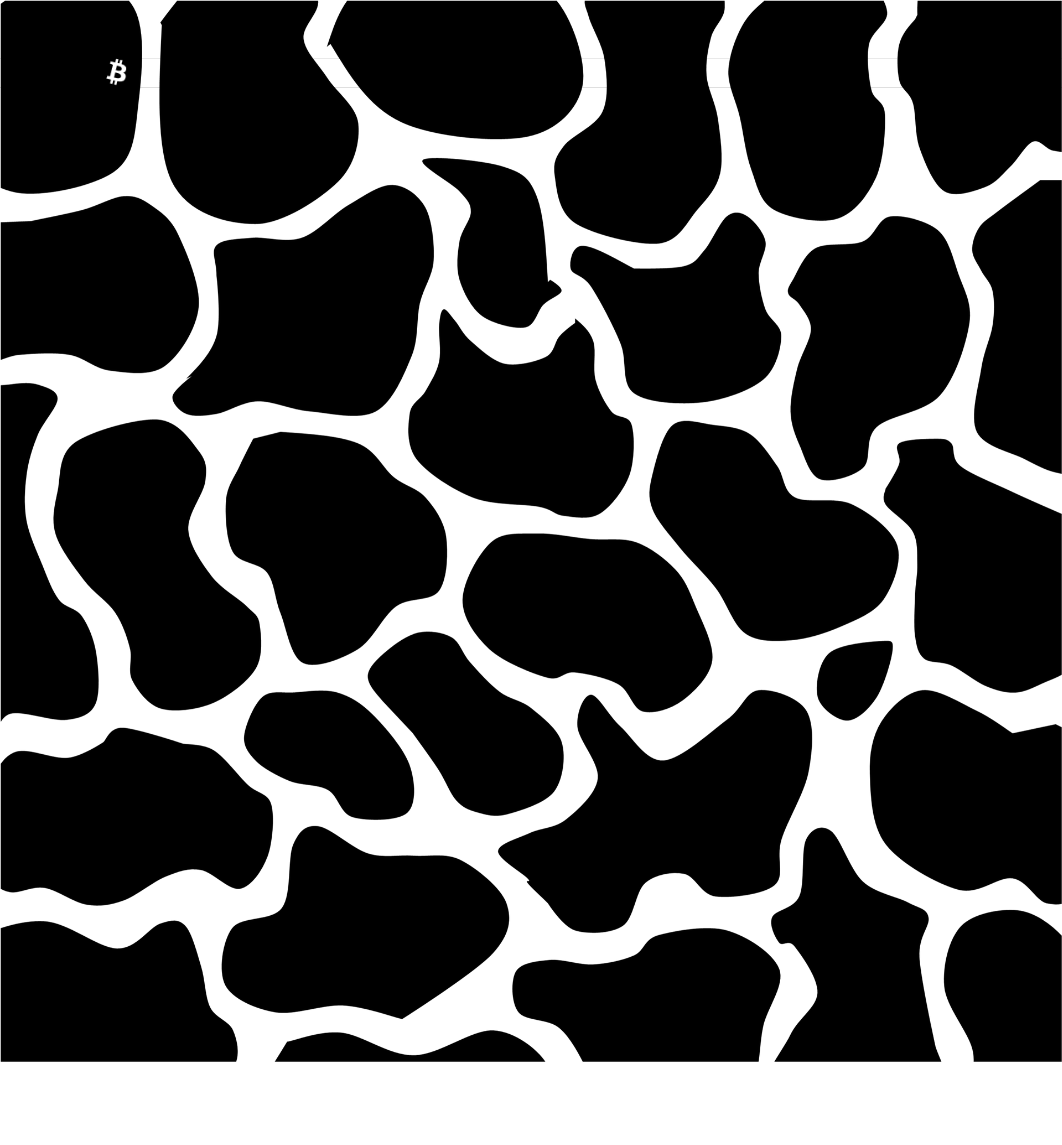
Repository: oninopantsu/crytoapp
Page: /
The author's editor kept a copy of each file at every save. The page is drawn from the files as they stood at one save, then again after the next save.
The browser window is 1280 px wide. The pictures show the whole page, at 83% of full size.
Some web fonts or font styles are not loaded; a fallback is used. The project was rebuilt for these pictures with package versions that can differ from the ones it lists, and the page was loaded fresh each time. Also part of the build but not shown: vue.config.js.

Above is the page before, as saved 2021-09-05 02:39:28.

### src/App.vue
<template>
  <div id="app">
    <Header />
    <Top />
    <router-view/>
  </div>
</template>

<script>
import Header from "./components/Header.vue"
import Top from "./components/Top.vue"
export default {
  components: {
    Header,
    Top

  }
}
</script>

<style>
@import url('https://fonts.googleapis.com/css2?family=ZCOOL+KuaiLe&display=swap');

html, body, div, span, object, iframe,
h1, h2, h3, h4, h5, h6, p, blockquote, pre,
abbr, address, cite, code,
del, dfn, em, img, ins, kbd, q, samp,
small, strong, sub, sup, var,
b, i,
dl, dt, dd, ol, ul, li,
fieldset, form, label, legend,
table, caption, tbody, tfoot, thead, tr, th, td,
article, aside, canvas, details, figcaption, figure,
footer, header, hgroup, menu, nav, section, summary,
time, mark, audio, video {
    margin:0;
    padding:0;
    border:0;
    outline:0;
    font-size:100%;
    vertical-align:baseline;
    background:transparent;
}

body {
    line-height:1;
}

article,aside,details,figcaption,figure,
footer,header,hgroup,menu,nav,section {
    display:block;
}

nav ul {
    list-style:none;
}

blockquote, q {
    quotes:none;
}

blockquote:before, blockquote:after,
q:before, q:after {
    content:'';
    content:none;
}

a {
    margin:0;
    padding:0;
    font-size:100%;
    vertical-align:baseline;
    background:transparent;
}

/* change colours to suit your needs */
ins {
    background-color:#ff9;
    color:#000;
    text-decoration:none;
}

/* change colours to suit your needs */
mark {
    background-color:#ff9;
    color:#000;
    font-style:italic;
    font-weight:bold;
}

del {
    text-decoration: line-through;
}

abbr[title], dfn[title] {
    border-bottom:1px dotted;
    cursor:help;
}

table {
    border-collapse:collapse;
    border-spacing:0;
}

/* change border colour to suit your needs */
hr {
    display:block;
    height:1px;
    border:0;
    border-top:1px solid #cccccc;
    margin:1em 0;
    padding:0;
}

input, select {
    vertical-align:middle;
}
#app {
  color: #fff;
  font-family: Georgia, 'Times New Roman', Times, serif;
  background-color: black;

}
</style>

### src/components/Header.vue
<template>
  <header>
    <div class="title">
      <img src="../assets/back.png" alt="">
      <h1 class="header-logo">Cry to App</h1>
    </div>
  </header>
</template>

<style scoped>


header {
  height: 70px;
  line-height: 70px;
  background-color:#fff;
}
.header-logo {
  z-index: 2;
  font-size: 20px;
  font-weight: bold;
  color: #fff;
}
img {
  width: 100%;
  z-index: 1;

}
</style>

### src/components/Top.vue
<template>
  <div class="top">
    <h1></h1>
  </div>
</template>

<style>
.top {
  background-image: url"(/Users/onomanana/crytoapp/src/assets/back.png)";
}
</style>

### src/views/Home.vue
<template>
  <div class="home">
    <Products />
  </div>
</template>

<script>
import Products from '../components/Products.vue';

export default {
  data(){
    return {
      lists: [
        {
          name: "BTC"
        }
      ]
    };
  },
  components: {
    Products
  }
};
</script>

<style scoped>
.home {
  background-color: #fff;

}
img {
  position: relative;
  width: 100%;
  z-index: 1;
}

</style>

### src/components/Products.vue
<template>
  <div class="content-wrapper">
    <img class="contents-img" src="../assets/Vector.png" alt="">
    <div class="products-content">
      <h1 class="products-title"> {{ name }} </h1>
    </div>

  </div>
</template>
<script>
export default {
    props:["name" ],
};
</script>

<style scoped>
.content-wrapper {
  width: 80%;
  margin: 0 auto;

}
.products-title {
  color: #fff;
}
</style>

Loaded but not shown: public/index.html (common file); src/main.js (common file); src/router/index.js (common file)

After the next save:
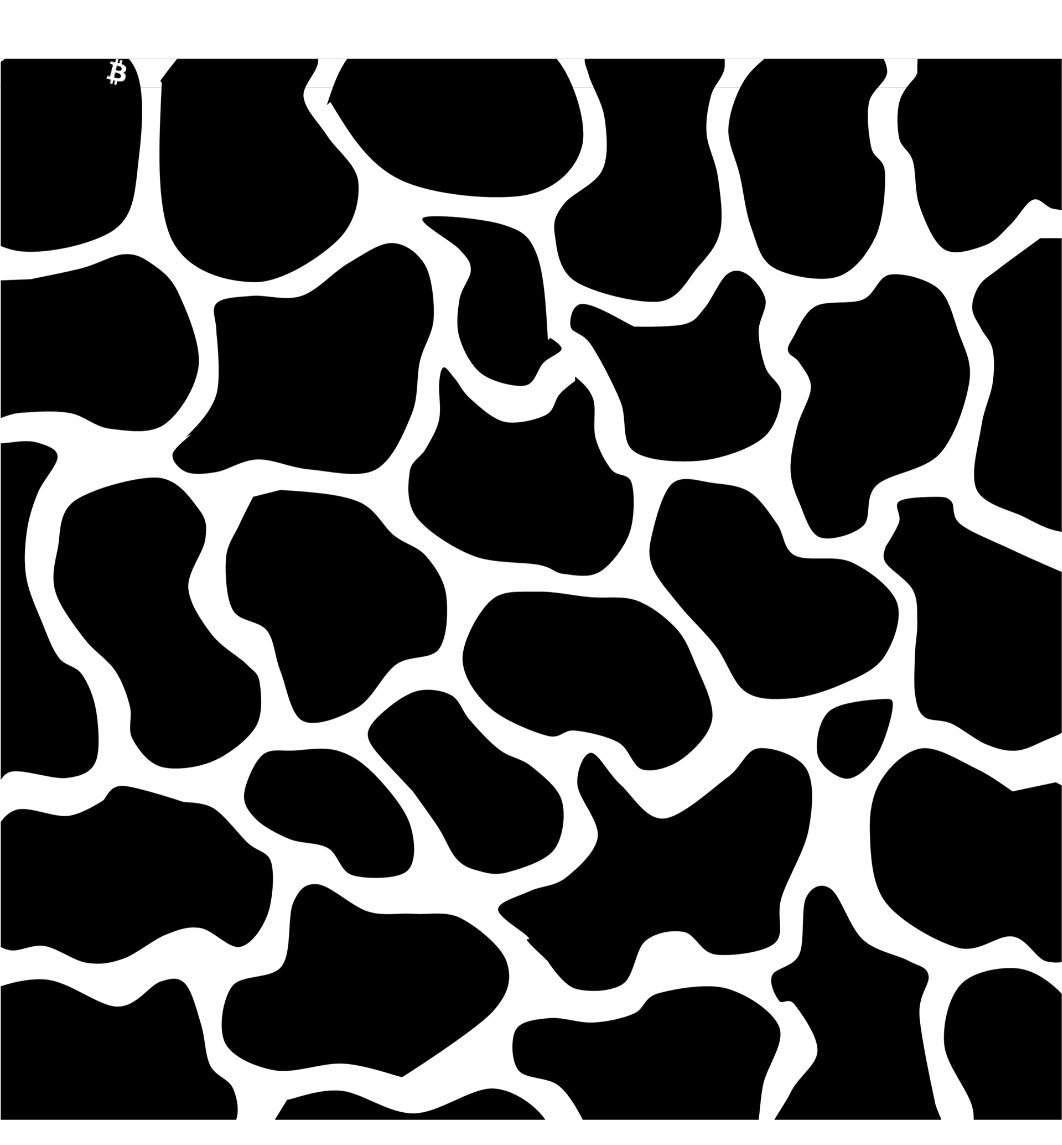
Saved 5 s later.
--- a/src/components/Header.vue
+++ b/src/components/Header.vue
@@ -1,8 +1,8 @@
 <template>
   <header>
     <div class="title">
+      <h1 class="header-logo">Cry to App</h1>
       <img src="../assets/back.png" alt="">
-      <h1 class="header-logo">Cry to App</h1>
     </div>
   </header>
 </template>
